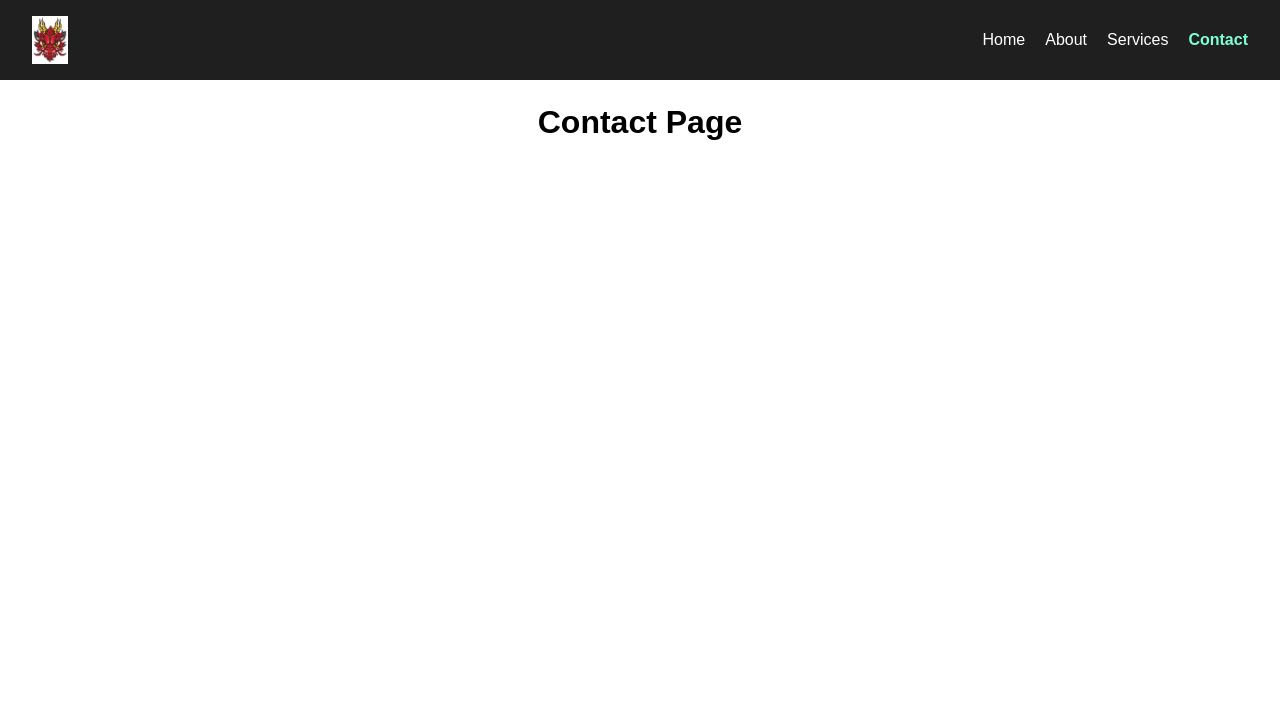
Repository: andreamm-lab/basic-navigation-example-2025-10
Page: pages/contact.html
These files come from the project's save history. The page is drawn as it stood at one moment and after the next save; the edit follows.
The browser window is 1280 px wide. The pictures show the whole page.

Above is the page before, as saved 2025-11-06 20:36:23.

### pages/contact.html
<!DOCTYPE html>
<html lang="en">
<head>
    <meta charset="UTF-8">
    <meta name="viewport" content="width=device-width, initial-scale=1.0">
    <title>Basic Nav Example</title>
    <link rel="stylesheet" href="../main.css">
</head>
<body>
    <header>
        <nav>
            <a href="../index.html">
                <img src="./images/dragon.png" alt="Dragon logo">
            </a>
            <span class="spacer"></span>
            <ul>
                <li><a href="./index.html">Home</a></li>
                <li><a href="./about.html">About</a></li>
                <li><a href="./services.html">Services</a></li>
                <li><a href="#" class="current">Contact</a></li>
            </ul>
        </nav>

    </header>
    <main>
        <h1 style="text-align: center;">Contact Page</h1>

    </main>
</body>
</html>

### main.css
/* 1.---------------------- General ---------------------- */

* {
    Box-sizing: border-box;
    Margin: 0;
    Padding: 0;
}

Body {
    Font-family: Arial, Helvetica, sans-serif;
    Background-color: #ffffff;
    Color: #000;
    Min-height: 100vh;
    Display: flex;
    Flex-direction: column;
}

Main {
    Flex: 1;
}

/* 2.---------------------- Header ---------------------- */

/* header nav: logo + menú */
Header nav {
    Padding: 10px 32px;
    Min-height: 80px;
    Background-color: #1F1F1F;
    Display: flex;
    Align-items: center;         /* centra verticalmente */
    Justify-content: space-between;
}

Header nav img {
    Max-height: 48px;
    Background-color: white;
    Display: inline-block;
    Vertical-align: middle;
}

Header nav ul {
    List-style: none;
    Display: flex;
    Gap: 20px;
}

Header nav ul li a {
    Text-decoration: none;
    Color: white;
}

Header nav ul li a.current {
    Color: aquamarine;
    Font-weight: bold;
}

Header nav ul li a:hover {
    Color: rgb(92, 229, 0);
}

/* 3.---------------------- Home / main content ---------------------- */

Main {
    Display: block;
    Padding: 24px 32px;
}

#page-title {
    Font-size: 2rem;
    Text-align: center;
    Margin-bottom: 24px;
}

.card-grid {
    Display: block;
}

.card {
    Background-color: #f0f0f0;
    Border: 1px solid #d0d0d0;
    Border-radius: 6px;
    Padding: 16px;
    Margin-bottom: 16px;
}

.card h2 {
    Margin-bottom: 8px;
}

/* 4.---------------------- Services layout ---------------------- */

.page {
    Display: block;
}

.main-content {
    Display: inline-block;
    Width: 69%;
    Vertical-align: top;
}

.side-nav {
    Display: inline-block;
    Width: 28%;
    Background-color: #2a2a2a;
    Color: #fff;
    Margin-left: 1%;
    Padding: 0;                 /* sin espacio interno general */
    Min-height: 320px;
    Border: 1px solid #000;
    Box-sizing: border-box;
}

.side-nav h2 {
    Background-color: #1f1f1f;
    Margin: 0;
    Padding: 12px;
}

.side-nav ul {
    List-style: none;
    Margin: 0;
    Padding: 0;
}

.side-nav ul li {
    Margin: 0;
    Padding: 8px 12px;
    Display: block;
}

.side-nav ul li a {
    Color: #4bb4ff;
    Text-decoration: none;
    Display: inline-block;
    Width: 100%;
}

.side-nav ul li a:hover {
    Text-decoration: underline;
    Background-color: #1f1f1f;
}

/* 5.---------------------- Footer ---------------------- */

#main-footer {
    Background-color: #1F1F1F;
    Color: #ffffff;
    Text-align: center;
    Padding: 16px 0 24px;
    Margin: 0;
    Width: 100%;
}

#main-footer nav {
    Background: none;
    Padding: 0;
    Margin: 0 auto;
}

#main-footer nav ul {
    Display: inline-block;
    List-style: none;
    Margin: 0;
    Padding: 0;
}

#main-footer nav ul li {
    Display: inline-block;
    Margin: 0 10px;
}

#main-footer nav ul li a {
    Color: rgb(51, 122, 216);
    Text-decoration: none;
    Font-size: 0.9rem;
}

.footer-line {
    Border: none;
    Border-top: 1px solid #ccc;
    Width: 80%;
    Margin: 8px auto 12px;
}

#main-footer p {
    Font-size: 0.8rem;
    Margin: 0;
    Padding-top: 8px;
}

After the next save:
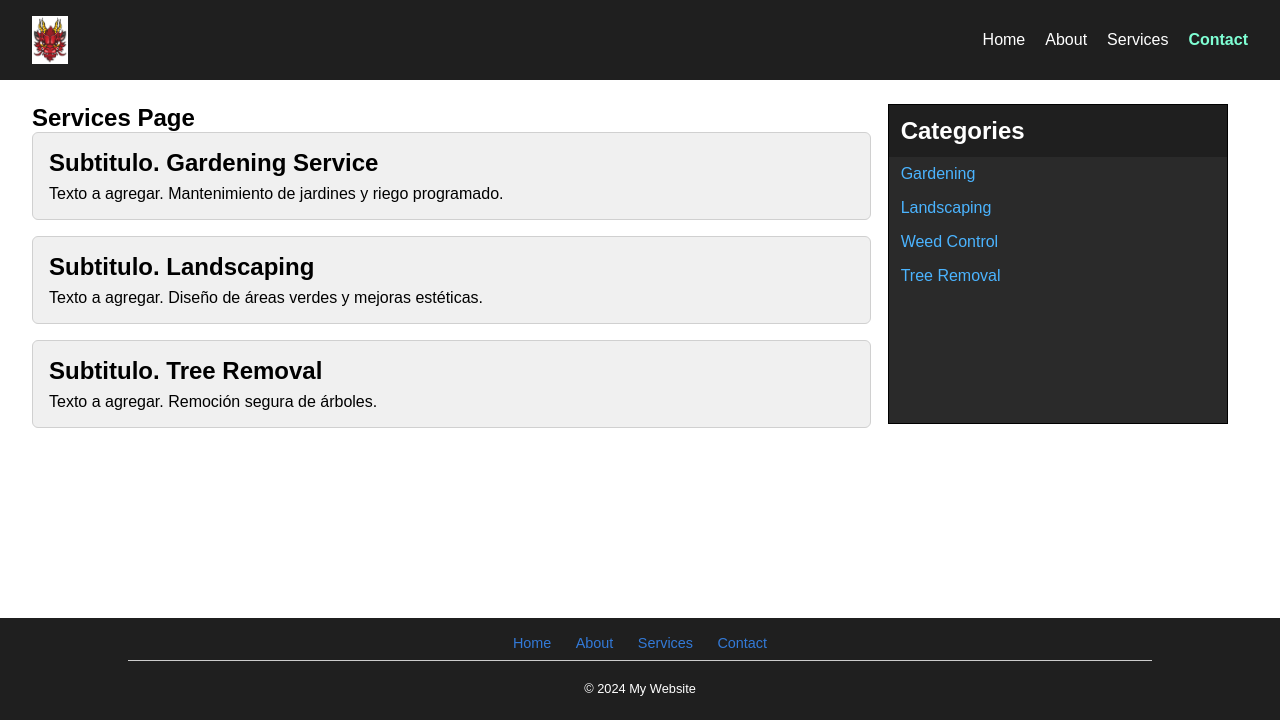
Saved 40 s later.
--- a/pages/contact.html
+++ b/pages/contact.html
@@ -3,28 +3,68 @@
 <head>
     <meta charset="UTF-8">
     <meta name="viewport" content="width=device-width, initial-scale=1.0">
-    <title>Basic Nav Example</title>
+    <title>Services Page</title>
     <link rel="stylesheet" href="../main.css">
 </head>
 <body>
     <header>
-        <nav>
+        <!-- Primary navigation -->
+        <nav aria-label="Primary navigation">
             <a href="../index.html">
-                <img src="./images/dragon.png" alt="Dragon logo">
+                <img src="../images/dragon.png" alt="Dragon logo">
             </a>
-            <span class="spacer"></span>
             <ul>
-                <li><a href="./index.html">Home</a></li>
-                <li><a href="./about.html">About</a></li>
-                <li><a href="./services.html">Services</a></li>
+                <li><a href="../index.html">Home</a></li>
+                <li><a href="about.html">About</a></li>
+                <li><a href="services.html">Services</a></li>
                 <li><a href="#" class="current">Contact</a></li>
             </ul>
         </nav>
+    </header>
 
-    </header>
-    <main>
-        <h1 style="text-align: center;">Contact Page</h1>
+    <main class="page">
+        <section class="main-content">
+            <h1>Services Page</h1>
 
+            <article class="card">
+                <h2>Subtitulo. Gardening Service</h2>
+                <p>Texto a agregar. Mantenimiento de jardines y riego programado.</p>
+            </article>
+
+            <article class="card">
+                <h2>Subtitulo. Landscaping</h2>
+                <p>Texto a agregar. Diseño de áreas verdes y mejoras estéticas.</p>
+            </article>
+
+            <article class="card">
+                <h2>Subtitulo. Tree Removal</h2>
+                <p>Texto a agregar. Remoción segura de árboles.</p>
+            </article>
+        </section>
+
+        <!-- Secondary navigation ONLY in Services -->
+        <aside class="side-nav" aria-label="Services categories">
+            <h2>Categories</h2>
+            <ul>
+                <li><a href="#">Gardening</a></li>
+                <li><a href="#">Landscaping</a></li>
+                <li><a href="#">Weed Control</a></li>
+                <li><a href="#">Tree Removal</a></li>
+            </ul>
+        </aside>
     </main>
+
+    <footer id="main-footer">
+        <nav aria-label="Footer navigation">
+            <ul>
+                <li><a href="../index.html">Home</a></li>
+                <li><a href="about.html">About</a></li>
+                <li><a href="services.html">Services</a></li>
+                <li><a href="contact.html">Contact</a></li>
+            </ul>
+        </nav>
+        <hr class="footer-line">
+        <p>© 2024 My Website</p>
+    </footer>
 </body>
 </html>
